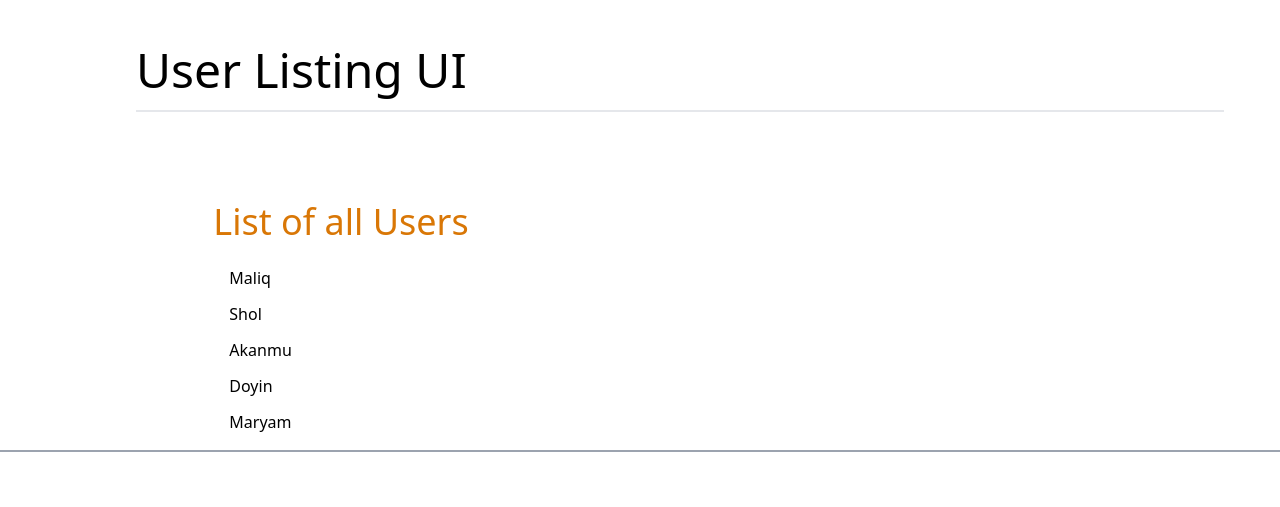
Repository: Marlstergo/listings
Page: / (app in client/)
These files come from the project's save history. The page is drawn as it stood at one moment and after the next save; the edit follows.
The browser window is 1280 px wide. The pictures show the whole page.
The project was rebuilt for these pictures with package versions that can differ from the ones it lists, and the page was loaded fresh each time. Also part of the build but not shown: client/craco.config.js, client/src/components/Loader.js, client/src/components/Order.js, client/src/components/Modal.js. Imported but missing from the stored project, and not drawn on this page: client/src/components/Base, client/src/components/Toppings.

Above is the page before, as saved 2021-07-20 23:40:19.

After the next save:
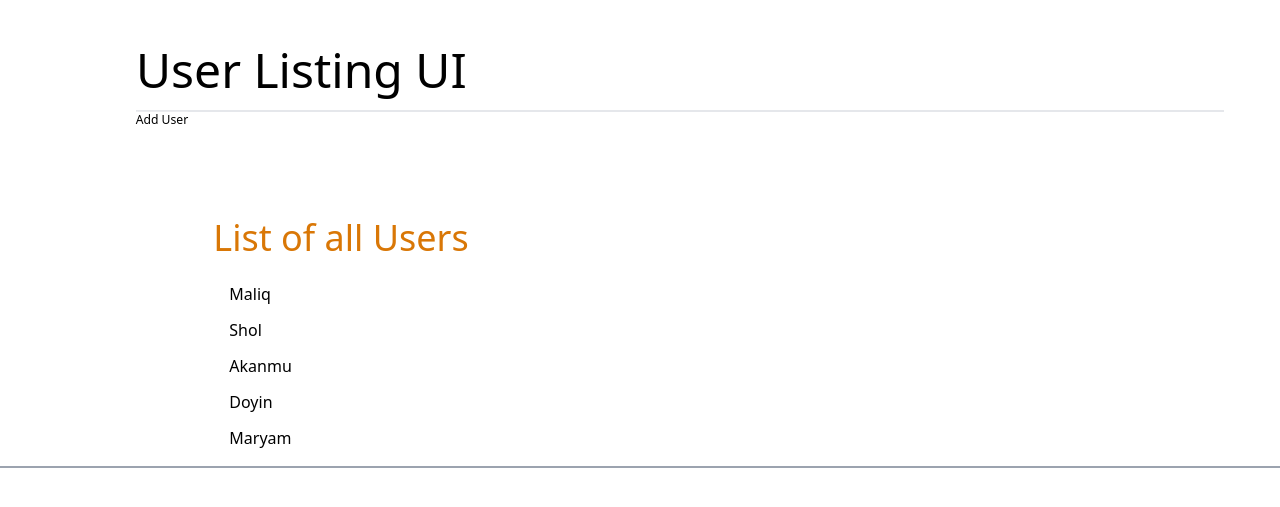
Saved 5 min 34 s later.
--- a/client/src/components/Header.js
+++ b/client/src/components/Header.js
@@ -1,13 +1,13 @@
-import React from 'react';
-import { motion } from 'framer-motion';
+import React from "react";
+import { motion } from "framer-motion";
 
 const svgVariants = {
   hidden: { rotate: -180 },
   visible: {
     rotate: 0,
-    transition: { duration : 1 }
+    transition: { duration: 1 },
   },
-}
+};
 
 const pathVariants = {
   hidden: {
@@ -20,20 +20,35 @@ const pathVariants = {
     transition: {
       duration: 2,
       ease: "easeInOut",
-    }
-  }
+    },
+  },
 };
 
+const buttonVariants = {
+  show: {
+    scale: 1.1,
+    textShadow: "0px 0px 8px rgb(255,255,255)",
+    boxShadow: "0px 0px 8px rgb(255,255,255)",
+    transition: {
+      duration: 0.3,
+      yoyo: Infinity,
+    },
+  },
+};
 
 const Header = () => {
   return (
-    <header className='flex p-14  items-center'>
-      <motion.div className="logo"
+    <header className="flex p-14  items-center">
+      <motion.div
+        className="logo"
         drag
         dragConstraints={{ left: 0, top: 0, right: 0, bottom: 0 }}
         dragElastic={0.7}
       >
-        <motion.svg className="w-14 overflow-visible" xmlns="http://www.w3.org/2000/svg" viewBox="0 0 100 100"
+        <motion.svg
+          className="w-14 overflow-visible"
+          xmlns="http://www.w3.org/2000/svg"
+          viewBox="0 0 100 100"
           variants={svgVariants}
           initial="hidden"
           animate="visible"
@@ -50,15 +65,21 @@ const Header = () => {
           />
         </motion.svg>
       </motion.div>
-      <motion.div className=" flex-grow ml-6 text-xs"
-        initial={{ y: -250}}
+      <motion.div
+        className=" flex-grow ml-6 text-xs"
+        initial={{ y: -250 }}
         animate={{ y: -10 }}
-        transition={{ delay: 0.2, type: 'spring', stiffness: 120 }}
+        transition={{ delay: 0.2, type: "spring", stiffness: 120 }}
       >
         <h1 className="border-b-2 pb-4 text-5xl">User Listing UI</h1>
+        <motion.button variants={buttonVariants} whileHover="hover"
+        animate="show"
+        >
+          Add User
+        </motion.button>
       </motion.div>
     </header>
-  )
-}
+  );
+};
 
 export default Header;
